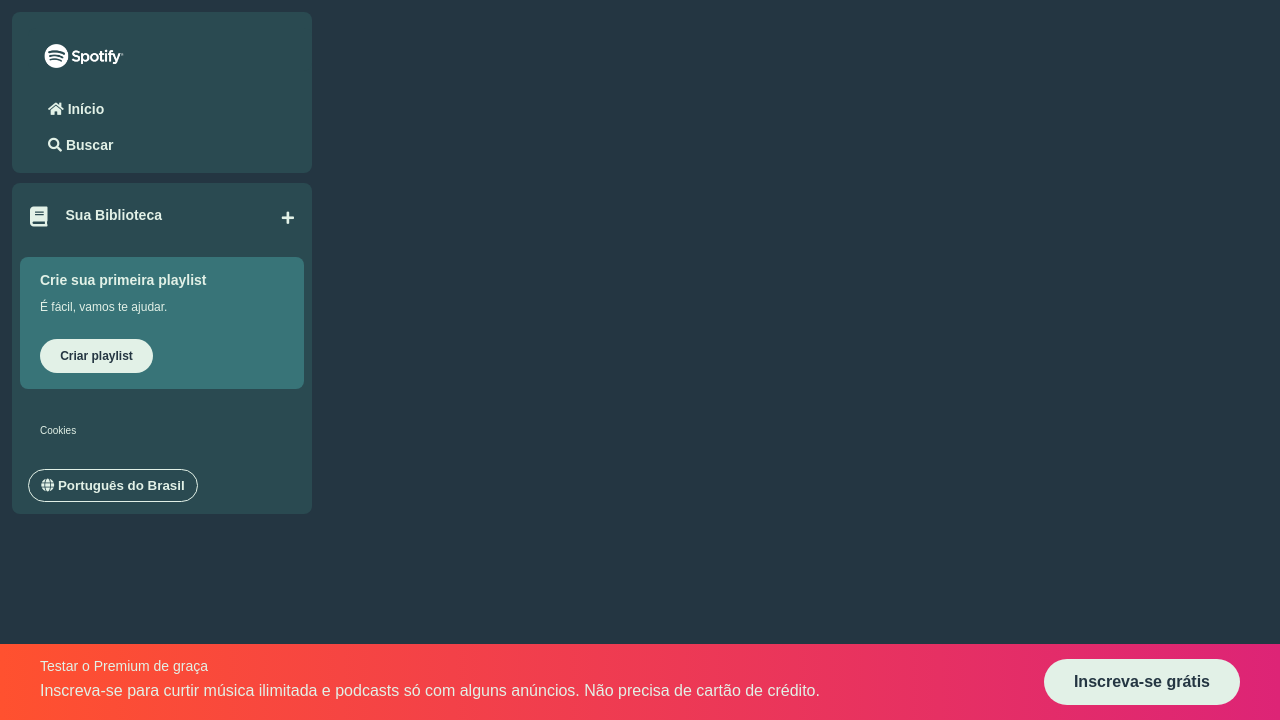
Repository: rafaazevedo-gs/Imers-o-Alura-Front-end
Page: index.html
An editor plug-in stored every save of this project. The page is shown before and after the next save, followed by the edit.
The browser window is 1280 px wide. The pictures show the whole page.

Above is the page before, as saved 2025-01-30 16:23:26.

After the next save:
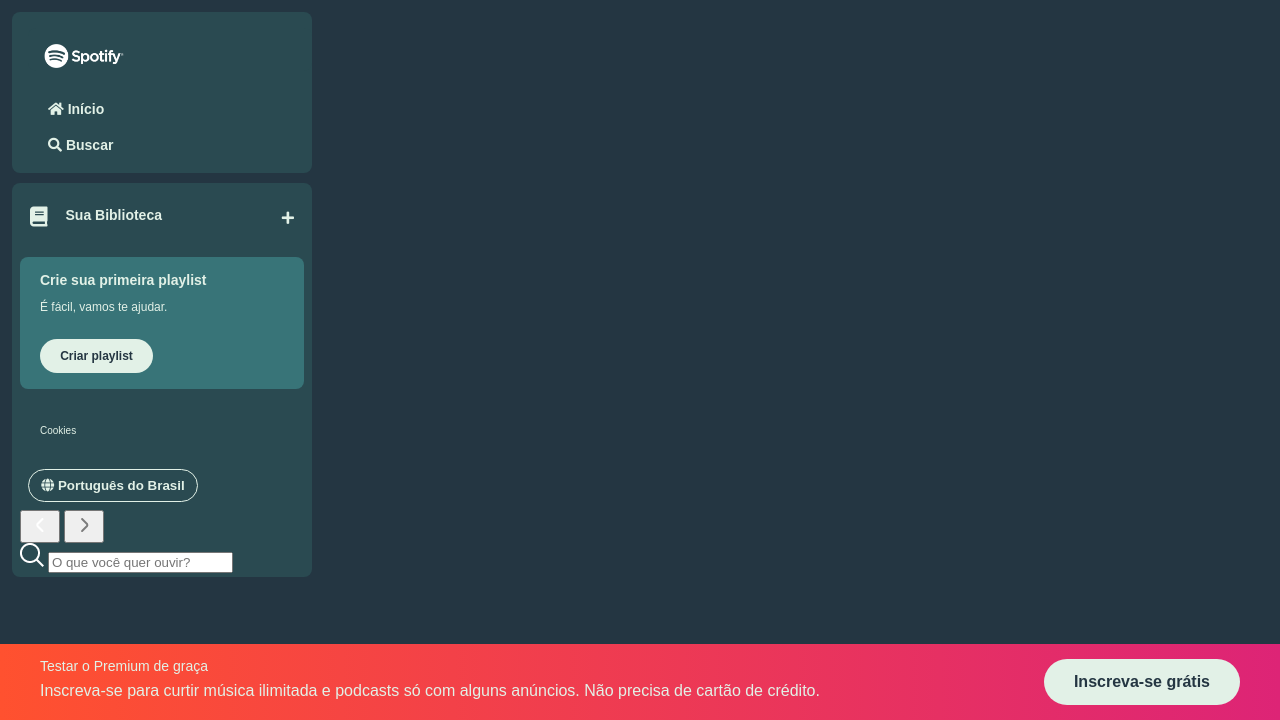
Saved 118 s later.
--- a/index.html
+++ b/index.html
@@ -61,6 +61,28 @@
                 <span>Português do Brasil</span>
             </button>
         </div>
+
+        <main>
+            <div class="main-contairner">
+                <nav class="header__navigation">
+                    <div class="navigation">
+                        <button class="arrow-left">
+                            <img src="./src/icons/small-left.png" alt="Seta esquerda">
+                        </button>
+                        <button class="arrow-right">
+                            <img src="./src/icons/small-right.png" alt="Seta direita">
+                        </button>
+
+                        <div class="header__search">
+                            <img src="./src/icons/search.png" alt="">
+                            <input id="search-input" type="text" maxlength="800" placeholder="O que você quer ouvir?"/>
+                        </div>
+                    </div>
+                </nav>
+            </div>
+
+        </main>
+
         <footer class="disclaimer-premium">
             <div class="text">
                 <p class="disclaimer-premium__title">Testar o Premium de graça</p>
